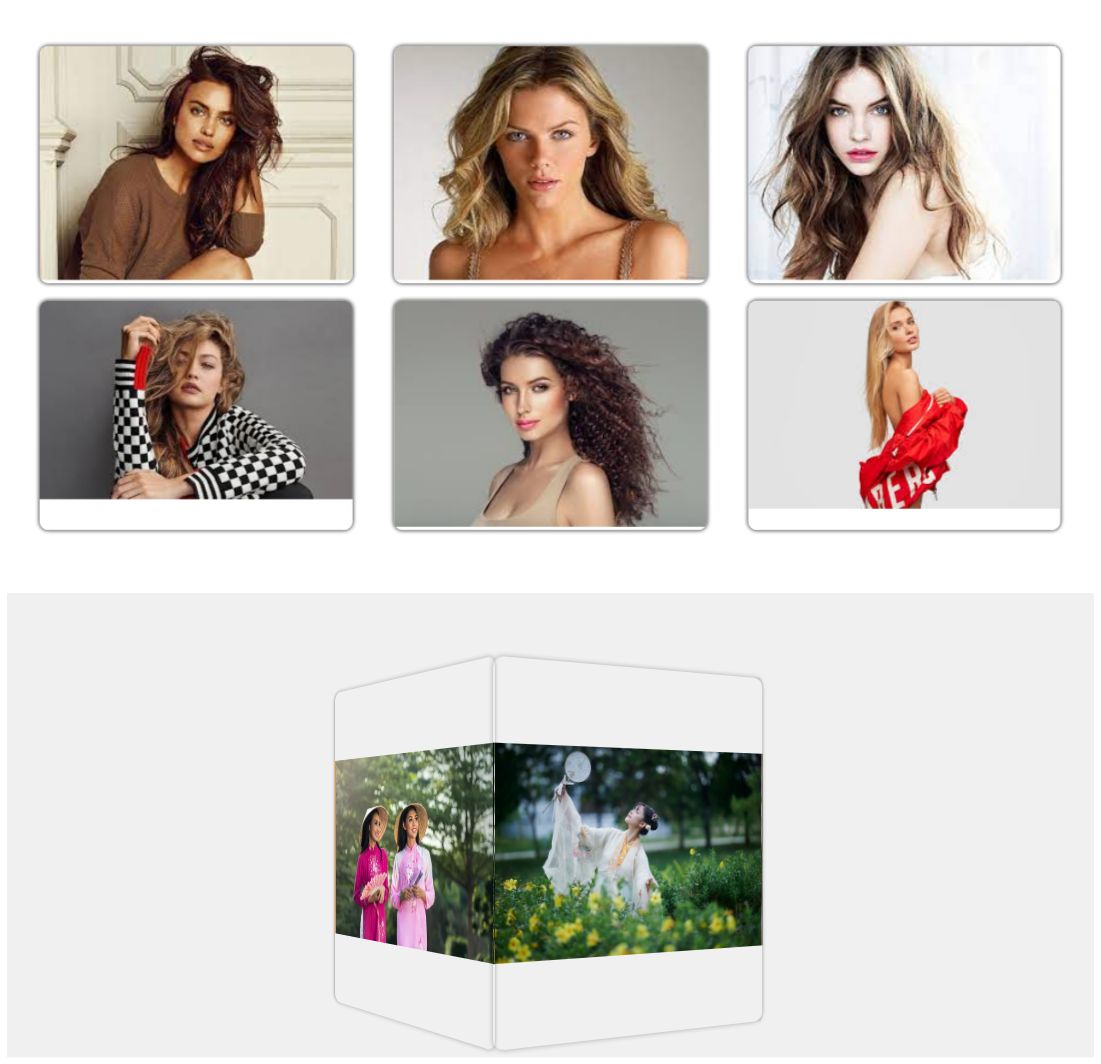
Repository: qtqqrdy13/model-studio
Page: index.html
The author's editor kept a copy of each file at every save. The page is drawn from the files as they stood at one save, then again after the next save.
The browser window is 1280 px wide. The pictures show the part of the page from y = 1233 to 2498 px (the page is 2470 px tall before and 2498 px after), at 86% of full size.
A picture or video elsewhere on the page could not be fetched, so the positions and the page height are approximate.

Above is the page before, as saved 2023-08-27 17:53:07.

### index.html
<!DOCTYPE html>
<html lang="RU">

<head>
    <meta charset="UTF-8">
    <meta name="viewport" content="width=device-width, initial-scale=1.0">
    <title>model studio</title>
    <link rel="stylesheet" type="text/css" href="style.css">
</head>

<body>
    <header class="header">
        <div class="conteiner">
            <div class="header_inner">
                <div class="header_logo">
                    MS15
                </div>
                <nav class="nav">
                    <a class="nav_link" href="#">Про нас</a>
                    <a class="nav_link" href="#">Для моделей</a>
                    <a class="nav_link" href="#">Неделя моды</a>
                    <a class="nav_link" href="#">Карьера</a>
                    <a class="nav_link" href="#">Услуги</a>
                    <a class="nav_link" href="#">Контакты</a>
                </nav>
            </div>
        </div>
    </header>

    <div class="intro">
         <div class="intro__inner">
            <h2 class="intro_suptitle">
                Добро пожаловать!
            </h2>
            <h1 class="intro_title">
                На наш сайт
            </h1>
                    <a class="button">
                        Читать далее
                    </a>
        </div>
        <img src="../java/img/ответственная-стильная-девушка-отдающая-приветствие-слушая-порядок-217387674.webp" alt="">

    </div>
     <div id="about_us">
        <div class="announcement">
            <h2 class="title">
                Про нас
            </h2>
        </div>
    </div>
    <div class="welcome_conteiner">
        <div class="text_content">
            <h1>
                МЫ СУПЕР НОВАЯ КРУТАЯ МОДЕЛЬНАЯ СТУДИЯ
            </h1>
            <p>
                Lorem ipsum dolor sit amet consectetur adipiscing elit mollis interdum, ac parturient magnis ultricies congue gravida nulla vivamus sem, purus maecenas id vestibulum odio aptent facilisis ante. Finibus mi enim porta tristique ipsum conubia viverra bibendum praesent, rhoncus pellentesque senectus vestibulum odio ornare curabitur feugiat nec dictum, montes nascetur fringilla netus efficitur himenaeos elementum facilisis. Amet purus commodo vel nullam vulputate non mi sagittis ac, malesuada vehicula varius phasellus tristique tempor ullamcorper facilisis, sem quisque morbi consequat curae imperdiet eros libero.
            </p>
            <a class="clicker" href="#">
                Читать дальше
            </a>
        </div>
        <div class="image_content">
            <img src="../ргн.png">
        </div>
    </div>
    <div class="wrapper">
        <div class="block">
            <img src="../java/img/Без названия (1).jpg">
            <div class="information">
                <h1>
                    Хочу Вас познакомить с шикарными девушками которые готовы работать в формате nu.
                </h1>
                <p>
                    Тыкайте сюда.
                </p>
                <a href="#" class="btn">
                    Далее
                </a>
            </div>
        </div>
        <div class="block">
            <img src="../java/img/Без названия (2).jpg">
            <div class="information">
                <h1>
                    Хочу Вас познакомить с шикарными девушками которые готовы работать в формате nu.
                </h1>
                <p>
                    Тыкайте сюда.
                </p>
                <a href="#" class="btn">
                    Далее
                </a>
            </div>
        </div>
        <div class="block">
            <img src="../java/img/Без названия (3).jpg">
            <div class="information">
                <h1>
                    Хочу Вас познакомить с шикарными девушками которые готовы работать в формате nu.
                </h1>
                <p>
                    Тыкайте сюда.
                </p>
                <a href="#" class="btn">
                    Далее
                </a>
            </div>
        </div>
        <div class="block">
            <img src="../java/img/images.jpg">
            <div class="information">
                <h1>
                    Хочу Вас познакомить с шикарными девушками которые готовы работать в формате nu.
                </h1>
                <p>
                    Тыкайте сюда.
                </p>
                <a href="#" class="btn">
                    Далее
                </a>
            </div>
        </div>
        <div class="block">
            <img src="../java/img/images (1).jpg">
            <div class="information">
                <h1>
                    Хочу Вас познакомить с шикарными девушками которые готовы работать в формате nu.
                </h1>
                <p>
                    Тыкайте сюда.
                </p>
                <a href="#" class="btn">
                    Далее
                </a>
            </div>
        </div>
        <div class="block">
            <img src="../java/img/images (2).jpg">
            <div class="information">
                <h1>
                    Хочу Вас познакомить с шикарными девушками которые готовы работать в формате nu.
                </h1>
                <p>
                    Тыкайте сюда.
                </p>
                <a href="#" class="btn">
                    Далее
                </a>
            </div>
        </div>
    </div>
    <div class="carusel-conteiner">
        <div class="carusel">
            <div class="slide">
                <img src="../java/img/q.webp">
            </div>
              <div class="slide">
                <img src="../java/img/w.jpg">
              </div>
                <div class="slide">
                    <img src="../java/img/e.jpg">
                </div>
                <div class="slide">
                    <img src="../java/img/r.jpg">
                </div>
                <div class="slide">
                    <img src="../java/img/t.jpg">
                </div>
            </div>
        </div>
    </div>
</body>

</html>

### style.css
.header {
    background-color: burlywood;
    color: black;
    padding: 5px;
}

.conteiner {
    max-width: 1200px;
    margin: 0 auto;
}

.header_inner {
    display: flex;
    justify-content: space-between;
    align-items: center;
}

.header_logo {
    font-size: 24px;
    font-weight: bold;
}

.nav {
    display: flex;
}

.nav_link {
    margin-left: 30px;
    text-decoration: none;
    color: black;
    transition: color 0.3s ease;
    align-items: flex-end;
    justify-content: space-between;
}

.nav_link:hover {
    color: crimson;
    font-size: 20px;

}
.nav_link::before{
    position:absolute;
    width: 100%;
    background-color:deeppink;
    transform: scaleX(0);
    transition: transform 0.3s ease;

}
.nav.link:hover::before{
    transform:scaleX(1);
}
.announcement{
    height: 3px;
    background-color:darkmagenta;
    display:flex;
    justify-content:center;
    align-items:center;
    margin:2% 2%;
}
.title{
    animation-name:fade-in;
    animation-duration: 0.3s;
    text-align:center;
    text-decoration: none;
    color:black;
    background-color: red;
    border-radius:30px;
    padding: 10px 50px;
}
.title:hover{
    background-color: cadetblue;
    color:coral;
    font-size:24px;
}
@keyframes fade-in {
    from{
        opacity:0;
    }
to{
    opacity:1;
}
}
.intro{
    position:relative;
    width: 100%;
    height: auto;
    display:flex;
    align-items:center;
    justify-content:center;
    overflow:hidden;



}
.intro img{
    width: 100%;
    height:auto;
    top:0;
    left:0;
    animation:fade-in 1s ease-in-out;
    z-index: -1;
    position:relative;
display: inline-block;

}
.intro__inner{
    text-align:center;
    z-index: 1;
    position:absolute;
    top:50%;
    left:50%;
    transform:translate(-50% -50%);



}
.intro_suptitle{
    font-size:24px;
    color:aqua;
    margin-bottom:20px;

}
.intro_title{
    font-size:18px;
    color:blanchedalmond;
    margin-bottom:20px;
}
.button{
    display: inline-block;
    padding: 10px 18px;
    background-color:azure;
    color:fuchsia;
    font-size:16px;
    text-decoration: none;
    border-radius:5px;
}
.button:hover{
    background-color:antiquewhite;
    color:beige;
    font-size:24px;
}
@keyframes fade-in {
    from{
        opacity: 0;
    }
    to{
        opacity: 1;
    }

}
.wrapper{
    display:flex;
    flex-wrap: wrap;
    justify-content: space-evenly;
    margin-top: 5%;

}

.block{
    width: calc(30.33% - 20px);
    margin:10px;
    position:relative;
    overflow:hidden;
    border-radius:10px;
    box-shadow: 0 0 5px black;



}
.block:hover{
  box-shadow: 0 0 10px black;
  transform:scale(0.9);
}
.block:hover img{
    transform:scale(1.1);
}
.block img{
    width: 100%;
    height: auto;
    object-fit: cover;

}
.information{
position:absolute;
bottom:0;
left:0;
width: 100%;
padding:15px;
background-color:grey;
color:red;
opacity: 0;
transition: opacity 0.3s ease-in-out;
}
.information h1, p{
    margin:0;
    padding:0;
}
.block:hover .information{
    opacity:1;
}
.btn{
    display:inline-block;
    padding:10px 20px;
    background-color:brown;
    color:navy;
    text-decoration: none;
    border-radius:15px;
    margin-top:5px;
}
.btn:hover{
    background-color:green;
    color:pink;

}
.carusel-conteiner {
    perspective: 1000px;
    display: flex;
    justify-content: center;
    align-items: center;
    height: 75vh;
    background-color: #f0f0f0;
    margin-top:5%;
  }

  .carusel {
    width: 300px;
    height: 300px;
    position: relative;
    margin: auto;
    transform-style: preserve-3d;
    animation: rotate 15s infinite linear;
    transform: translateZ(-200px);
  }

  .slide {
    width: 293px;
    height: 350px;
    position: absolute;
    display: flex;
    justify-content: center;
    align-items: center;
    background-color: #f0f0f0;
    box-shadow: 0px 0px 5px rgba(0, 0, 0, 0.3);
    transform-origin: center center;
    border-radius: 10px;
  }
  .slide img{
    max-width: 100%;
    max-height: 100%;

  }

  .slide:nth-child(1) { transform: rotateY(0deg) translateZ(200px); }
  .slide:nth-child(2) { transform: rotateY(72deg) translateZ(200px); }
  .slide:nth-child(3) { transform: rotateY(144deg) translateZ(200px); }
  .slide:nth-child(4) { transform: rotateY(216deg) translateZ(200px); }
  .slide:nth-child(5) { transform: rotateY(288deg) translateZ(200px); }

  @keyframes rotate {
    0%, 100% { transform: rotateY(0deg); }
    20% { transform: rotateY(-72deg); }
    40% { transform: rotateY(-144deg); }
    60% { transform: rotateY(-216deg); }
    80% { transform: rotateY(-288deg); }
  }
  .welcome_conteiner{
    display: flex;
    align-items: center;
    justify-content: space-between;
    max-width: 1200px;
    margin:0 auto;
    padding: 50px;
    background-color:bisque;
    box-shadow: 0px 3px 10px black;
    font-family: 'Gill Sans', 'Gill Sans MT', Calibri, 'Trebuchet MS', sans-serif;
  }
  .text-content{
    flex:1;
    padding:20px;
  }
  .text-content h1{
    font-size:36px;
    margin-bottom:10px;
  }
  .text-content p{
    font-size:18px;
    color:darkblue;
    margin-bottom:20px;
  }
  .clicker{
    display:inline-block;
    padding:10px 20px;
    background-color:navy;
    border-radius:5px;
    color:gold;
    text-decoration:none;
    transition:background-color 0.3s ease;
    margin-top:20px;
  }
  .clicker:hover{
    background-color:gold;
    color:navy;
  }
  .image_content{
    max-width: 100%;
    height: auto;
    animation: floatAnimation 0.3s infinite;
  }
@keyframes floatAnimation {
    0%, 100%{
        transform: translateY(0);
    }
    50%{
        transform:translateY(-10px);
    }

}
@media (max-width:768px){
    .welcome_conteiner{
        flex-direction: column;
        text-align:center;
    }
    .image_content{
        margin-top:20px;
    }
}

After the next save:
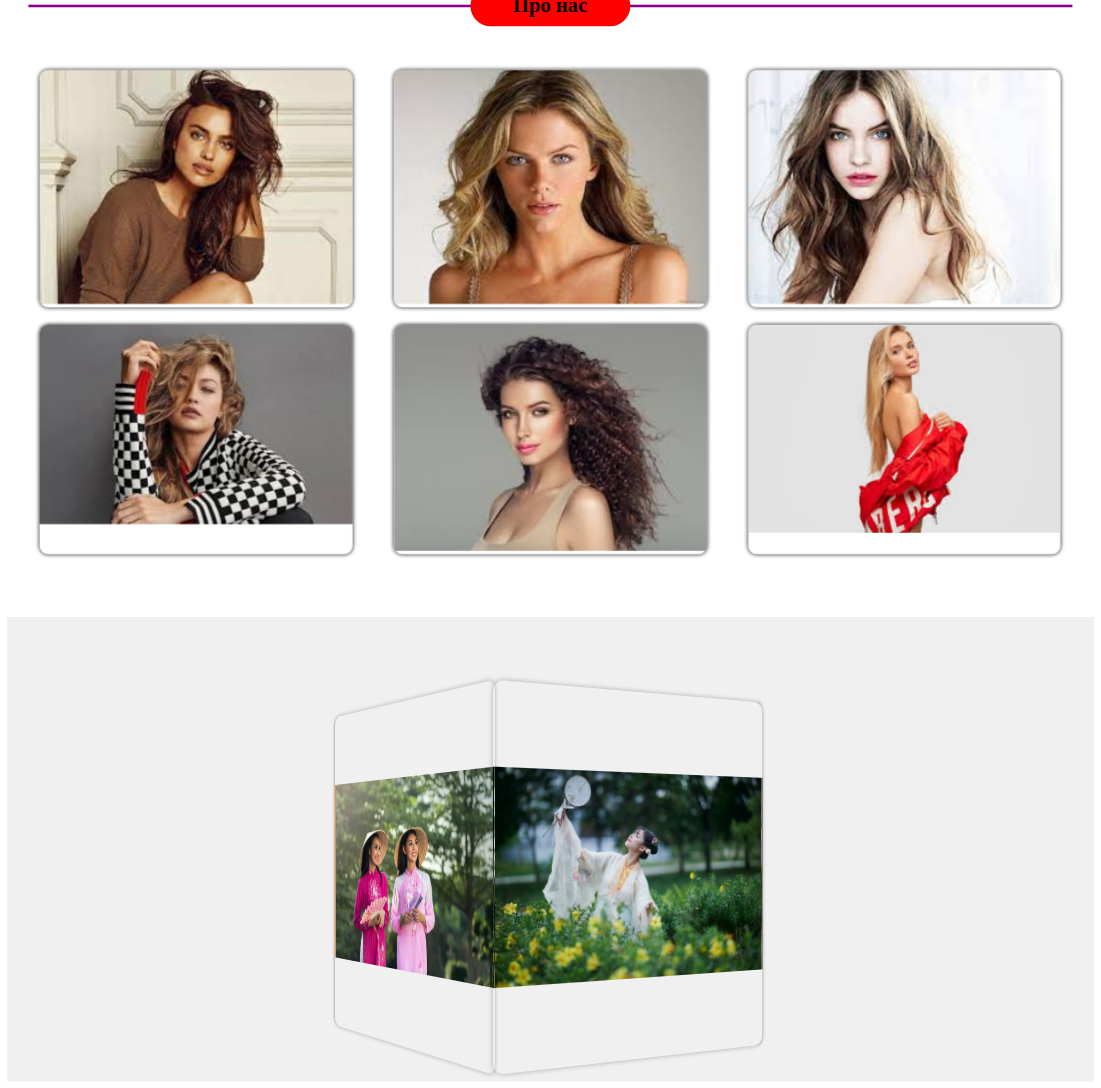
Saved 2 min 34 s later.
--- a/index.html
+++ b/index.html
@@ -63,6 +63,13 @@
         </div>
         <div class="image_content">
             <img src="../ргн.png">
+        </div>
+    </div>
+    <div id="for_models">
+        <div class="announcement">
+            <h2 class="title">
+                Про нас
+            </h2>
         </div>
     </div>
     <div class="wrapper">
